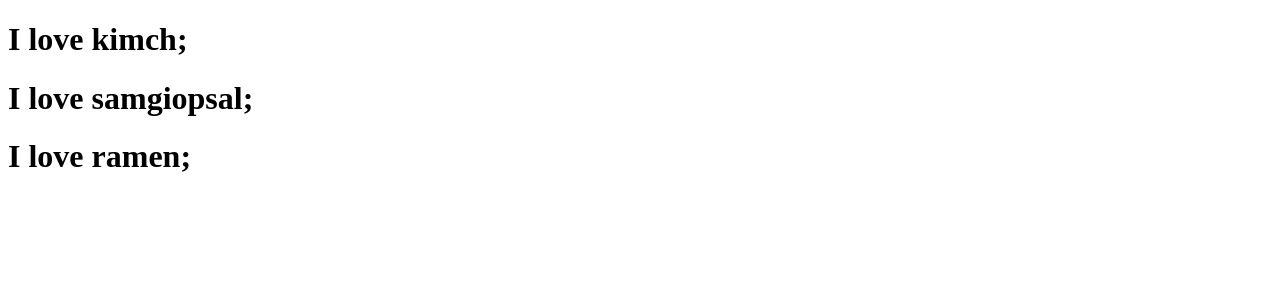
Repository: podonge/first_app
Page: /
These files come from the project's save history. The page is drawn as it stood at one moment and after a run of saves; the edit follows.
The browser window is 1280 px wide. The pictures show the whole page.
The project was rebuilt for these pictures with package versions that can differ from the ones it lists, and the page was loaded fresh each time.

Above is the page before, as saved 2023-01-01 20:43:55.

### src/App.js
import React from "react";

function Food({name}){
  return <h1>I love {name}</h1>
}

const foodLike = [
  {
    name : 'kimch;',
    image : 'https://health.chosun.com/site/data/img_dir/2022/07/11/2022071101596_0.jpg'
  },
  {
    name : 'samgiopsal;',
    image : 'https://mediahub.seoul.go.kr/wp-content/uploads/2020/10/d13ea4a756099add8375e6c795b827ab.jpg'
  },
  {
    name : 'ramen;',
    image : 'https://src.hidoc.co.kr/image/lib/2020/10/14/1602663615388_0.jpg~'
  }
];


function App() {
  return (
    <div>
      {foodLike.map(dish => (<Food name={dish.name} />))}
    </div>
  );
}

export default App;

Loaded but not shown: public/index.html (common file); src/index.js (common file)

After the next 3 saves:
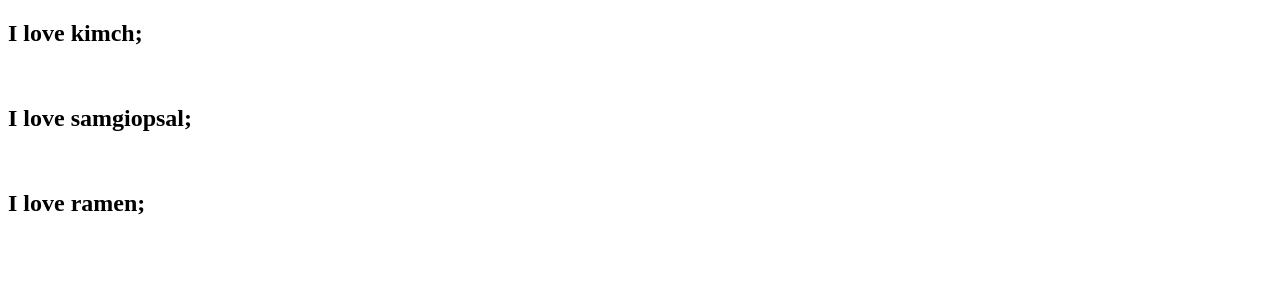
The 3 saves are shown as one change because 2 did not build or start.
The last was saved 4 min 34 s later.
--- a/src/App.js
+++ b/src/App.js
@@ -1,7 +1,12 @@
 import React from "react";
 
-function Food({name}){
-  return <h1>I love {name}</h1>
+function Food({name, picture}){
+  return (
+    <dvi>
+      <h2>I love {name}</h2>
+      <img src={picture} />
+    </dvi>
+  )
 }
 
 const foodLike = [
